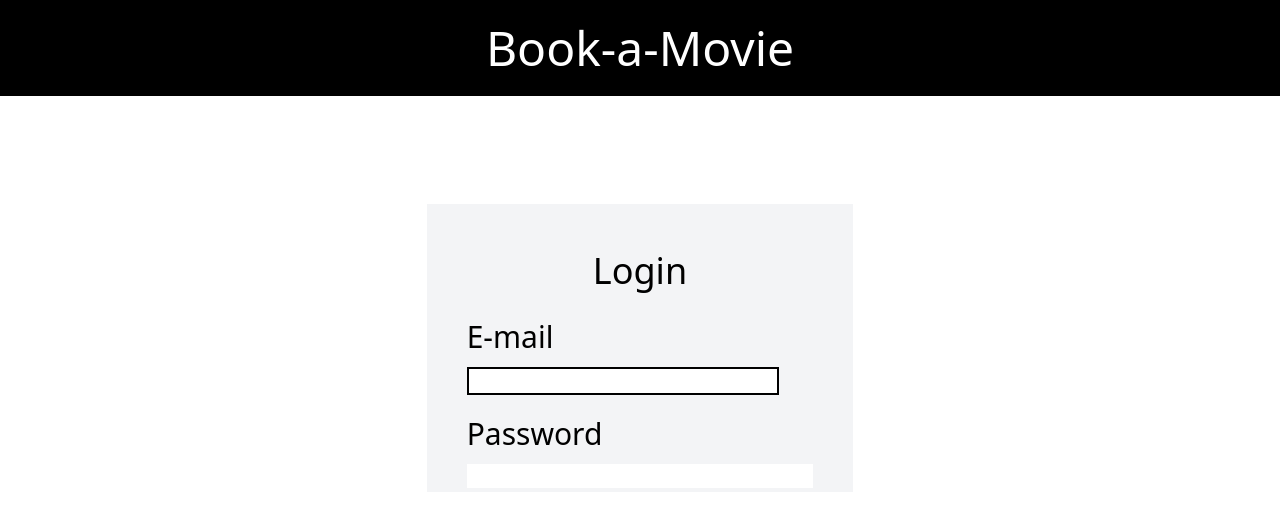
Repository: BhumilModi/movie-booking-app-assignment
Page: /
An editor plug-in stored every save of this project. The page is shown before and after the next save, followed by the edit.
The browser window is 1280 px wide. The pictures show the whole page.
The project was rebuilt for these pictures with package versions that can differ from the ones it lists, and the page was loaded fresh each time. Also part of the build but not shown: src/App.css.

Above is the page before, as saved 2022-11-29 18:14:53.

After the next save:
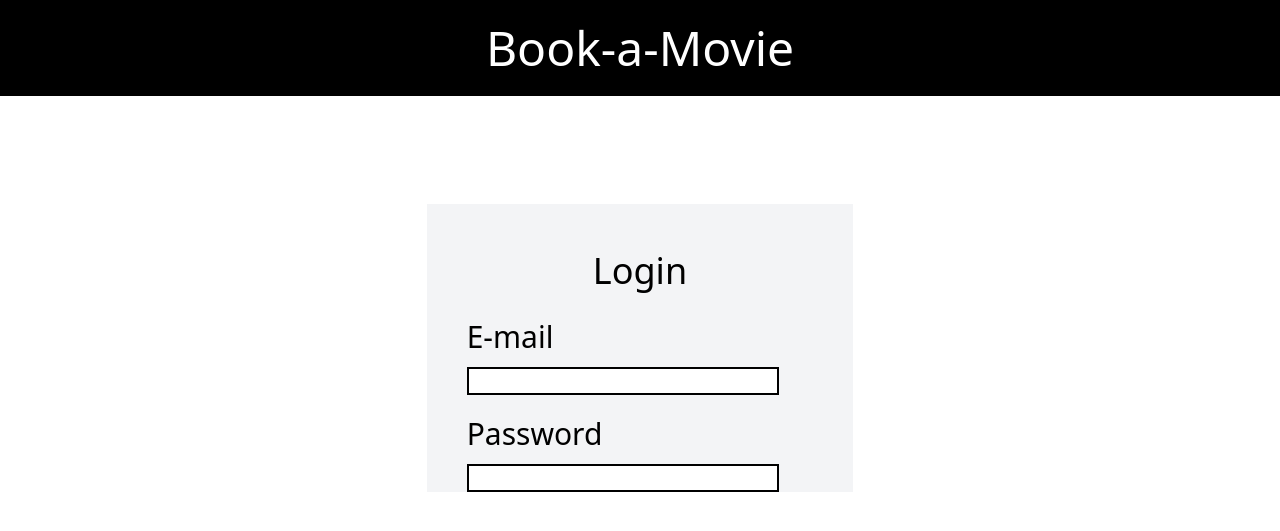
Saved 23 s later.
--- a/src/components/Login.jsx
+++ b/src/components/Login.jsx
@@ -10,7 +10,7 @@ function Login() {
         <div className="text-[30px] mt-4 mb-2">E-mail</div>
         <input type="text" className="w-[90%] border-2 border-black" />
         <div className="text-[30px] mt-4 mb-2">Password</div>
-        <input type="password" />
+        <input type="password" className="w-[90%] border-2 border-black" />
       </div>
     </div>
   );
